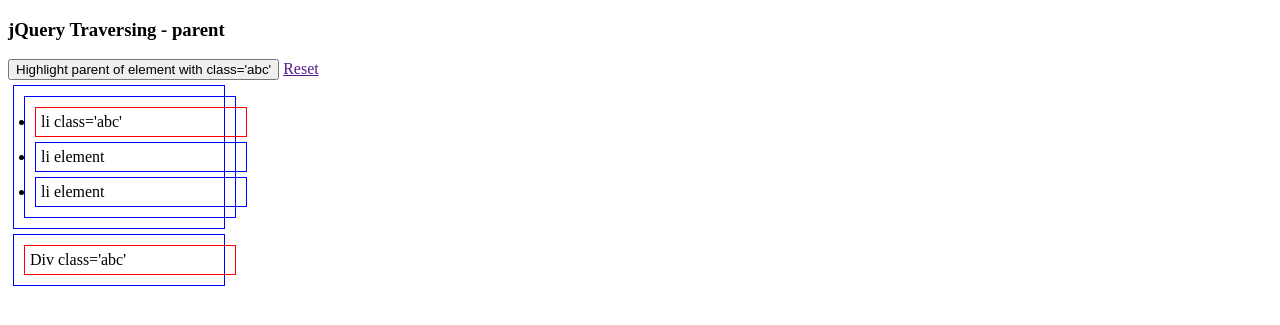
Repository: sujay-a-v/FunctionalPrograms
Page: Sujay/jQuery/jQueryExample/WebContent/TravesingParent.html
These files come from the project's save history. The page is drawn as it stood at one moment and after the next save; the edit follows.
The browser window is 1280 px wide. The pictures show the whole page.
Some web libraries are served in a nearby version.

Above is the page before, as saved 2017-10-25 07:27:34.

After the next save:
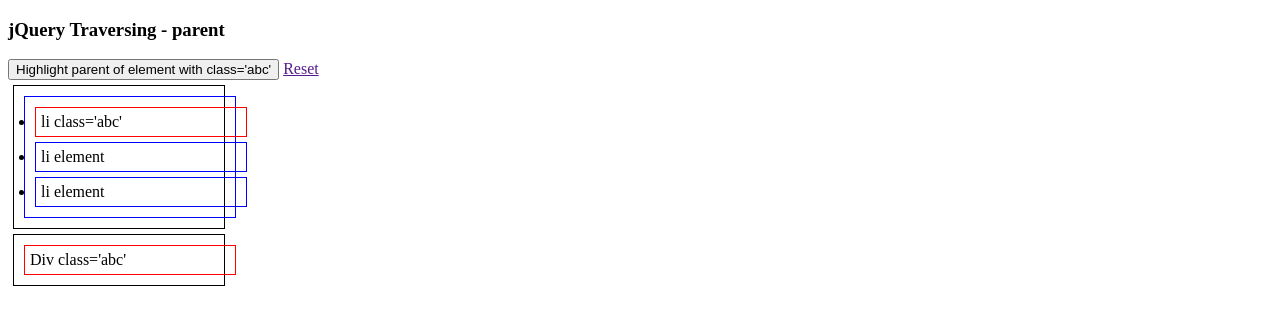
Saved 48 s later.
--- a/Sujay/jQuery/jQueryExample/WebContent/TravesingParent.html
+++ b/Sujay/jQuery/jQueryExample/WebContent/TravesingParent.html
@@ -7,8 +7,9 @@
    <script type="text/javascript" src="http://code.jquery.com/jquery-1.11.3.js"></script>
 
    <style>
-       div, ul, li { width: 200px;padding: 5px; margin: 5px; border: 1px solid blue;}
+       ul, li { width: 200px;padding: 5px; margin: 5px; border: 1px solid blue;}
        .abc {border: 1px solid red;}
+       div{ width: 200px;padding: 5px; margin: 5px; border: 1px solid black;}
    </style>
 
    <script>
